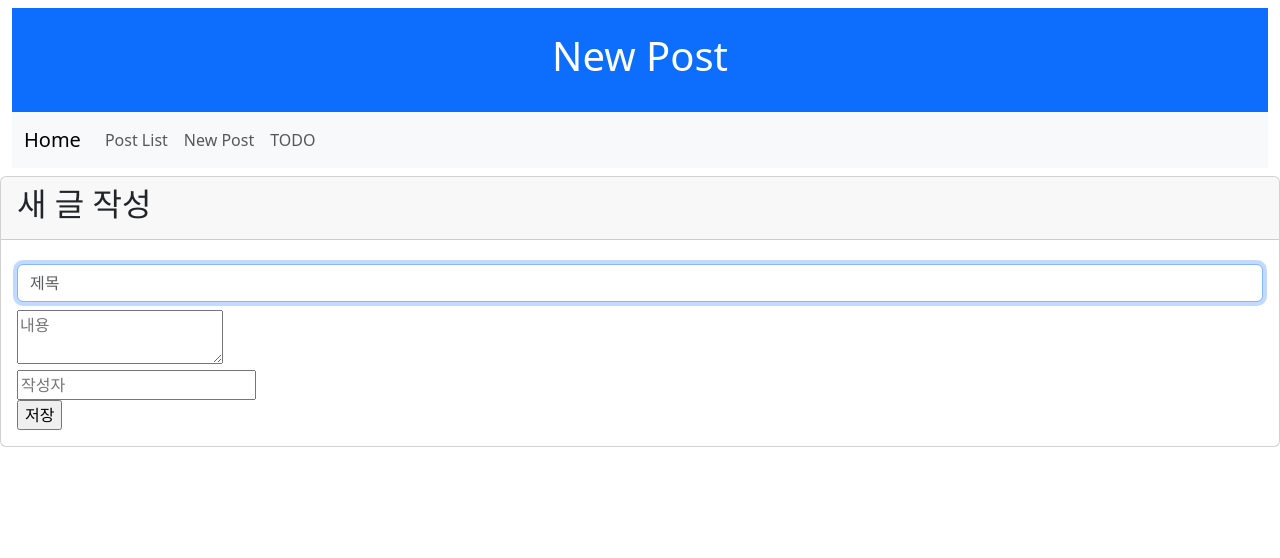
Repository: ldj0905/javaproject
Page: http://localhost/lab05_jsp/post/create
These files come from the project's save history. The page is drawn as it stood at one moment and after the next save; the edit follows.
The browser window is 1280 px wide. The pictures show the whole page.
The page is served by Tomcat 10. Other server files are loaded and not shown.

Above is the page before, as saved 2024-05-29 02:50:56.

### lab05_jsp/src/main/webapp/WEB-INF/views/post/create.jsp
<%@ page language="java" contentType="text/html; charset=UTF-8"
    pageEncoding="UTF-8" trimDirectiveWhitespaces="true"%>
<%@ taglib prefix="c" uri="jakarta.tags.core" %>
<!DOCTYPE html>
<html>
<head>
    <meta charset="UTF-8">
    <meta name="viewport" content="width=device-width, initial-scale=1">
    <title>Insert title here</title>
    <link href="https://cdn.jsdelivr.net/npm/bootstrap@5.3.3/dist/css/bootstrap.min.css"
     rel="stylesheet"
     integrity="sha384-QWTKZyjpPEjISv5WaRU9OFeRpok6YctnYmDr5pNlyT2bRjXh0JMhjY6hW+ALEwIH"
     crossorigin="anonymous">
</head>
<body>
    <div class = "container-fluid">
        <c:set var ="pageTitle" value = "New Post" scope = "page"/> <!-- 변수를 선언하겠다 ! -->
        <%@ include file = "../fragments/header.jspf" %> <!-- 헤더 jspf포함시키기 -->
    </div>
    <main>
        <div class = "mt-2 card">
            <div class = "card-header">
                <h2>새 글 작성</h2>
            </div>
            <div class="card-body">
                <c:url var = "newPostPage" value="/post/create" />
                <form method="post" action ="${newPostPage}"></form> <!-- 왜 포스트 방식으로보냄 -->
                    <div class="mt-2">
                        <input class="form-control"
                        type ="text" name="title" placeholder="제목"
                            required autofocus />
                    </div>
                    <div class = "mt-2">
                        <textarea row="5" name="content"placeholder="내용" required></textarea> <!-- 얘가 글상자 -->
                    </div>
                    <div>
                        <input type="text" name="author" placeholder="작성자" required/>
                    </div>
                    <div>
                        <input type = "submit" value="저장"/>
                    </div>
            </div>
        </div>
    </main>
    <script src="https://cdn.jsdelivr.net/npm/bootstrap@5.3.3/dist/js/bootstrap.bundle.min.js"
    integrity="sha384-YvpcrYf0tY3lHB60NNkmXc5s9fDVZLESaAA55NDzOxhy9GkcIdslK1eN7N6jIeHz"
    crossorigin="anonymous"></script>
</body>
</html>

### lab05_jsp/src/main/webapp/WEB-INF/views/fragments/header.jspf
<%@ page language="java" contentType="text/html; charset=UTF-8"
    pageEncoding="UTF-8" trimDirectiveWhitespaces="true"%>
<%@ taglib prefix="c" uri="jakarta.tags.core" %>

<header class="mt-2 p-4 bg-primary text-white text-center">
    <h1>${pageTitle}</h1>
</header>

<nav class="navbar navbar-expand-lg bg-body-tertiary">
    <div class="container-fluid">
        <c:url var="homePage" value="/" />
        <a class="navbar-brand" href="${homePage}">Home</a>
        <button class="navbar-toggler" type="button"
            data-bs-toggle="collapse" data-bs-target="#navbarNav"
            aria-controls="navbarNav" aria-expanded="false"
            aria-label="Toggle navigation">
            <span class="navbar-toggler-icon"></span>
        </button>
        <div class="collapse navbar-collapse" id="navbarNav">
            <ul class="navbar-nav">
                <li class="nav-item">
                    <c:url var="postListPage" value="/post/list" />
                    <a class="nav-link" href="${postListPage}">Post List</a>
                </li>
                <li class="nav-item">
                    <c:url var="newPostPage" value="/post/create" />
                    <a class="nav-link" href="${newPostPage}">New Post</a>
                </li>
                <li class="nav-item">
                    <a class="nav-link" href="#">TODO</a>
                </li>
            </ul>
        </div>
    </div>
</nav>

### lab05_jsp/src/main/java/com/itwill/lab05/web/PostCreateController.java
package com.itwill.lab05.web;

import java.io.IOException;

import org.slf4j.Logger;
import org.slf4j.LoggerFactory;

import jakarta.servlet.ServletException;
import jakarta.servlet.annotation.WebServlet;
import jakarta.servlet.http.HttpServlet;
import jakarta.servlet.http.HttpServletRequest;
import jakarta.servlet.http.HttpServletResponse;
//HttpServlet 상속받기
@WebServlet(name = "PostCreateController",urlPatterns = {"/post/create"}) // <<< 얘 왜하는건지 생각좀 해보기
public class PostCreateController extends HttpServlet{
	private static final long serialVersionUID = 1L;

	private static final Logger log = LoggerFactory.getLogger(PostCreateController.class); // 얘는 왜 쓰는거고 클래스이름은 왜넣는지


	//링크를 클릭해서 들어오는거는 GET방식임
	@Override
	protected void doGet(HttpServletRequest req, HttpServletResponse resp) throws ServletException, IOException {
		log.debug("doGet()");
		//TODO 새 글을 작성할 수있는 폼(양식)을 작성하는 뷰(JSP)로 이동 시켜주는 역할.
		//JSP로 이동시키는이유 -> 귀찮아서
		req.getRequestDispatcher("/WEB-INF/views/post/create.jsp").forward(req, resp); //주소 왜 WEB-INF 부터 ?
	}



}

After the next save:
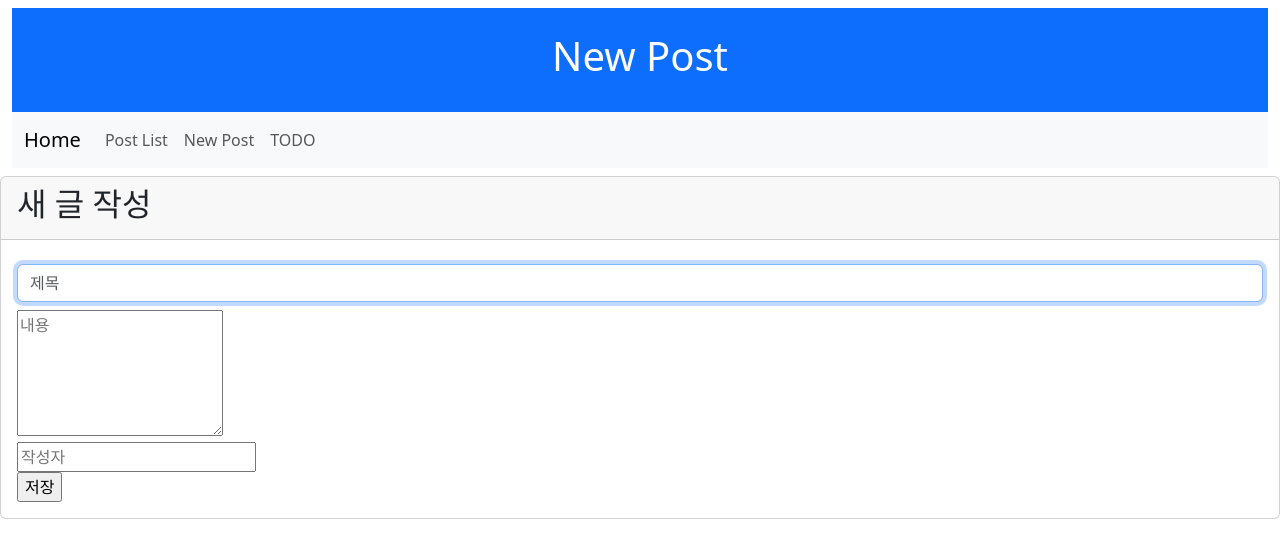
Saved 26 s later.
--- a/lab05_jsp/src/main/webapp/WEB-INF/views/post/create.jsp
+++ b/lab05_jsp/src/main/webapp/WEB-INF/views/post/create.jsp
@@ -31,7 +31,7 @@
                             required autofocus />
                     </div>
                     <div class = "mt-2">
-                        <textarea row="5" name="content"placeholder="내용" required></textarea> <!-- 얘가 글상자 -->
+                        <textarea  rows ="5" name="content"placeholder="내용" required></textarea> <!-- 얘가 글상자 -->
                     </div>
                     <div>
                         <input type="text" name="author" placeholder="작성자" required/>
